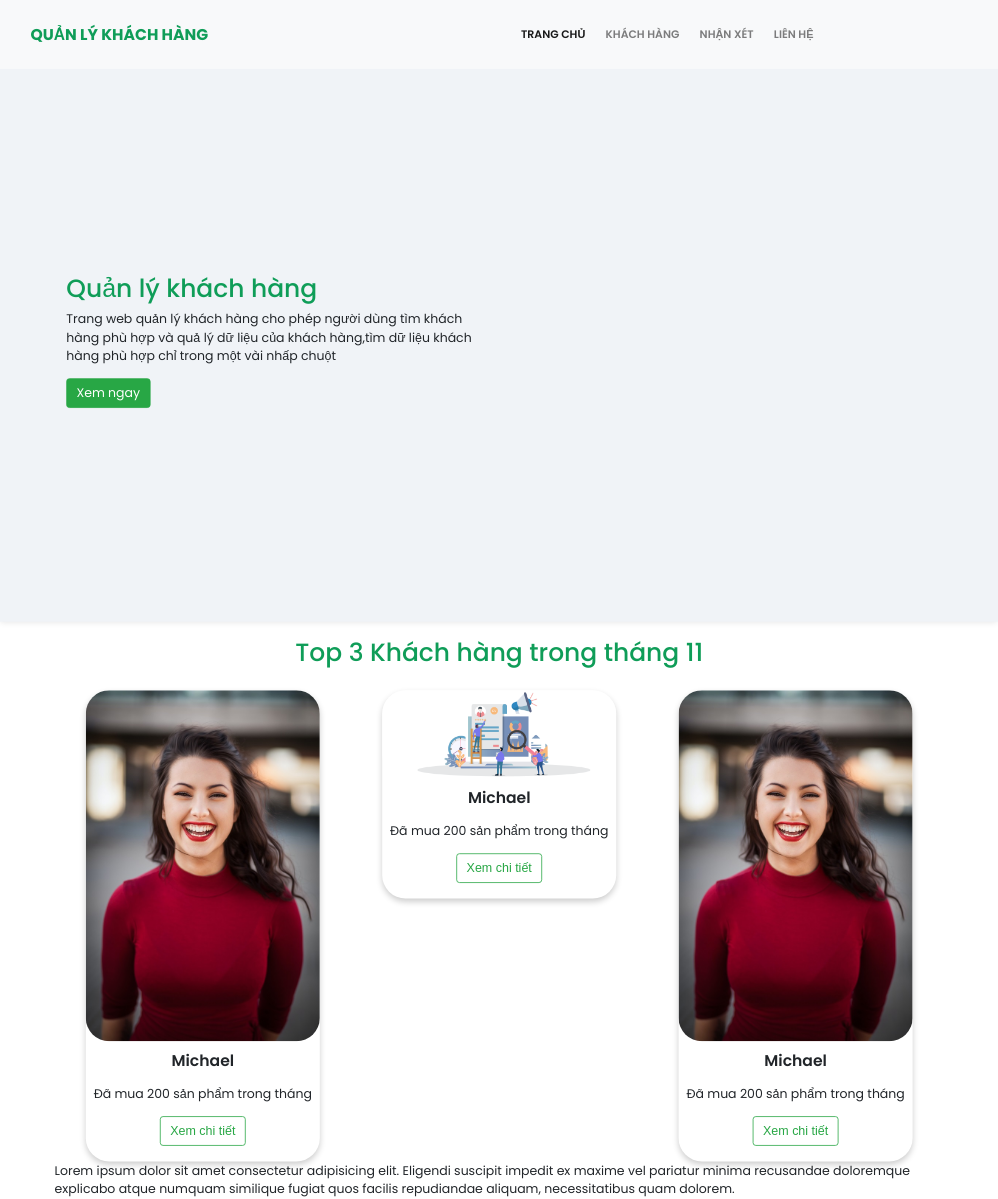
Repository: huutien1904/bt2-ltw
Page: index.html
An editor plug-in stored every save of this project. The page is shown before and after the next save, followed by the edit.
The browser window is 1280 px wide. The pictures show the whole page, at 78% of full size.

Above is the page before, as saved 2021-11-04 09:02:02.

### index.html
<!DOCTYPE html>
<html lang="en">
<head>
    <meta charset="UTF-8">
    <meta http-equiv="X-UA-Compatible" content="IE=edge">
    <meta name="viewport" content="width=device-width, initial-scale=1.0">
    <title>Quản Lý Khách Hàng</title>

    <!-- style -->
    <link rel="stylesheet" href="./style.css">
    <!-- font Poppins -->
    <link rel="preconnect" href="https://fonts.googleapis.com">
    <link rel="preconnect" href="https://fonts.gstatic.com" crossorigin>
    <link href="https://fonts.googleapis.com/css2?family=Poppins:wght@100;200;300;400;500;600;700;800;900&display=swap" rel="stylesheet">
    <!--  boostrap -->
    <link rel="stylesheet" href="https://maxcdn.bootstrapcdn.com/bootstrap/4.5.2/css/bootstrap.min.css">
    <script src="https://ajax.googleapis.com/ajax/libs/jquery/3.5.1/jquery.min.js"></script>
    <script src="https://cdnjs.cloudflare.com/ajax/libs/popper.js/1.16.0/umd/popper.min.js"></script>
    <script src="https://maxcdn.bootstrapcdn.com/bootstrap/4.5.2/js/bootstrap.min.js"></script>
</head>
<body>
  <!-- navbar -->
    <!-- <nav class="navbar navbar-default navbar-fixed-top">
        <div class="container-fluid ">
          <div class="navbar-header">
            <button type="button" class="navbar-toggle" data-toggle="collapse" data-target="#myNavbar">
              <span class="icon-bar"></span>
              <span class="icon-bar"></span>
              <span class="icon-bar"></span>
            </button>
            <a class="navbar-brand" href="#home">QUẢN LÝ KHÁCH HÀNG</a>
          </div>
          <div class="collapse navbar-collapse" id="myNavbar">
            <ul class="nav navbar-nav navbar-right">
              <li class="active_nav"><a href="#home">TRANG CHỦ</a></li>
              <li ><a href="#customer">KHÁCH HÀNG</a></li>
              <li><a href="#comment">NHẬN XÉT</a></li>
              <li><a href="#contact">LIÊN HỆ</a></li>
            </ul>
          </div>
        </div>
    </nav> -->
  <!-- end navbar -->
  <nav class="navbar navbar-expand-lg navbar-light bg-light fixed-top p-4 d-flex justify-content-between">
    <div class="nav_title col-md-6 col-sm-12">
      <a class="navbar-brand" href="#">QUẢN LÝ KHÁCH HÀNG</a>
    </div>

    <div class="nav_menu col-md-6 ">
      <button class="navbar-toggler" type="button" data-toggle="collapse" data-target="#navbarSupportedContent" aria-controls="navbarSupportedContent" aria-expanded="false" aria-label="Toggle navigation">
        <span class="navbar-toggler-icon"></span>
      </button>
      <div class="collapse navbar-collapse" id="navbarSupportedContent">
        <ul class="navbar-nav mr-auto">
          <li class="nav-item active">
            <a class="nav-link" href="#home">TRANG CHỦ</a>
          </li>
          <li class="nav-item">
            <a class="nav-link" href="#customer">KHÁCH HÀNG</a>
          </li>

          <li class="nav-item">
            <a class="nav-link" href="#comment">NHẬN XÉT</a>
          </li>
          <li class="nav-item">
            <a class="nav-link" href="#contact">LIÊN HỆ</a>
          </li>

        </ul>

      </div>
    </div>


  </nav>
  <!-- trang chủ -->
  <section
    id="home"
    >
    <div class="container">
      <div class="row">
        <div class="col-md-6 col-xs-12 ">
          <div class="">
            <h2 class="slogan">Quản lý khách hàng</h2>
            <p class="">
              Trang web quản lý khách hàng cho phép người dùng tìm khách hàng phù hợp và quả lý dữ liệu của khách hàng,tìm dữ liệu khách hàng phù hợp chỉ trong một vài nhấp chuột
            </p>
            <div class="left-to-right play-on-scroll delay-4">
              <button type="button" class="btn btn-success">Xem ngay</button>
            </div>
          </div>
        </div>
      </div>
    </div>
  </section>
  <!-- end trang chủ -->

  <!-- khách hàng -->
  <section id="customer ">
    <div class="container">
      <div class="row">
        <div class="col-md-12 col-sm-12 d-flex justify-content-center align-items-center">
          <h2 class="title_customer ">Top 3 Khách hàng trong tháng 11</h2>
        </div>
      </div>
      <div class="row">
        <div class="col-md-4 col-sm-12">
          <div class="customer_top">
            <img src="./img/michael-dam-mEZ3PoFGs_k-unsplash.jpg" alt="Denim Jeans" style="width:100%">
            <p class="customer_top-name">Michael</p>
            <p>Đã mua 200 sản phẩm trong tháng</p>
            <button type="button " class="btn btn-outline-success btn_des">Xem chi tiết</button>
          </div>
        </div>
        <div class="col-md-4 col-sm-12">
          <div class="customer_top">
            <img src="./img/Managing-Customers-Through-Needs-Management@2x.png" alt="Denim Jeans" style="width:100%">
            <p class="customer_top-name">Michael</p>
            <p>Đã mua 200 sản phẩm trong tháng</p>
            <button type="button " class="btn btn-outline-success btn_des">Xem chi tiết</button>
          </div>

        </div>
        <div class="col-md-4 col-sm-12">
          <div class="customer_top">
            <img src="./img/michael-dam-mEZ3PoFGs_k-unsplash.jpg" alt="Denim Jeans" style="width:100%">
            <p class="customer_top-name">Michael</p>
            <p>Đã mua 200 sản phẩm trong tháng</p>
            <button type="button " class="btn btn-outline-success btn_des">Xem chi tiết</button>
          </div>

        </div>
        Lorem ipsum dolor sit amet consectetur adipisicing elit. Eligendi suscipit impedit ex maxime vel pariatur minima recusandae doloremque explicabo atque numquam similique fugiat quos facilis repudiandae aliquam, necessitatibus quam dolorem.
      </div>
    </div>
  </section>
  <!-- end khách hàng -->
  <!--  Nhận xét-->
  <section id="comment">

  </section>
  <!-- liên hệ -->
  <section id="contact">

  </section>
</body>
</html>

### style.css
*{
  font-family: 'Poppins', sans-serif;
}
p{
  margin: 0;
}
:root {
  --primary-color: #0f9d58;
  --backgound-color: #f0f3f7;
  --secon-color: #9da2ad;
  --grey: #7a7a7a;
  --white: #ffffff;
}
body {
  font: 400 15px Lato, sans-serif;
  line-height: 1.8;
  color: #818181;
}
.navbar-default{
  padding: 15px;
  background-color: var(--backgound-color);
  box-shadow: 0 2px 8px rgb(0 0 0 / 10%);
}
.navbar-brand{
  font-weight: 700;
  font-size: 20px;
  color: var(--primary-color) !important;

}
.navbar-nav li{
  font-size: 14px;
  font-weight: 600;
  margin: 0 5px;
  /* padding:5px; */
}
.navbar-nav li:hover{
  background-color: var(--primary-color);
  border-radius: 15px;
  color: white !important;
}
#home{
  margin-top: 77px;
  height: 100vh;
  display: flex;
  justify-content: center;
  align-items: center;
  background-color: var(--backgound-color);
  box-shadow: 0 2px 8px rgb(0 0 0 / 10%);
}
.slogan{
  color: var(--primary-color);
}
.title_customer{
  color: var(--primary-color);

}
#customer{
  height: 90vh;
  background-color: var(--backgound-color);
  box-shadow: 0 2px 8px rgb(0 0 0 / 10%);
}
.customer_top {
  box-shadow: 0 4px 8px 0 rgba(0, 0, 0, 0.2);
  max-width: 300px;
  margin: auto;
  text-align: center;
  font-family: arial;
  border-radius: 30px;

}
.customer_top img{
  border-radius: 30px;
  margin-bottom: 10px;
}
.customer_top-name{
  font-size: 20px;
  font-weight: 600;
}
.btn_des{
  margin-bottom: 20px;
}
.title_customer{
  margin: 20px;
  margin-bottom: 30px;
}



/* .active_nav{
  background-color: var(--primary-color);
  border-radius: 15px;
} */

After the next save:
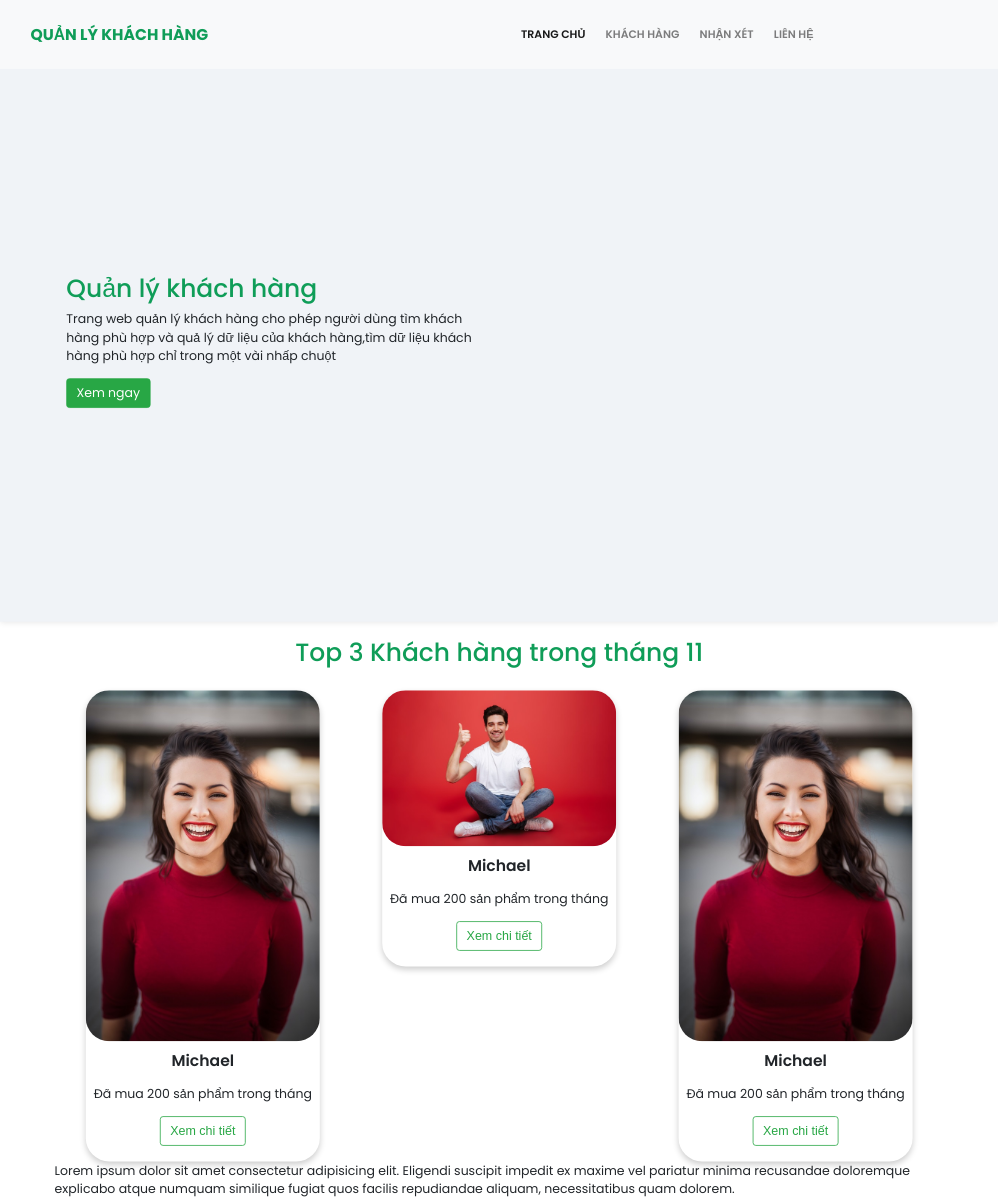
Saved 12 s later.
--- a/index.html
+++ b/index.html
@@ -114,7 +114,7 @@
         </div>
         <div class="col-md-4 col-sm-12">
           <div class="customer_top">
-            <img src="./img/Managing-Customers-Through-Needs-Management@2x.png" alt="Denim Jeans" style="width:100%">
+            <img src="./img/portrait-happy-young-man_171337-21716.jpg" alt="Denim Jeans" style="width:100%">
             <p class="customer_top-name">Michael</p>
             <p>Đã mua 200 sản phẩm trong tháng</p>
             <button type="button " class="btn btn-outline-success btn_des">Xem chi tiết</button>
